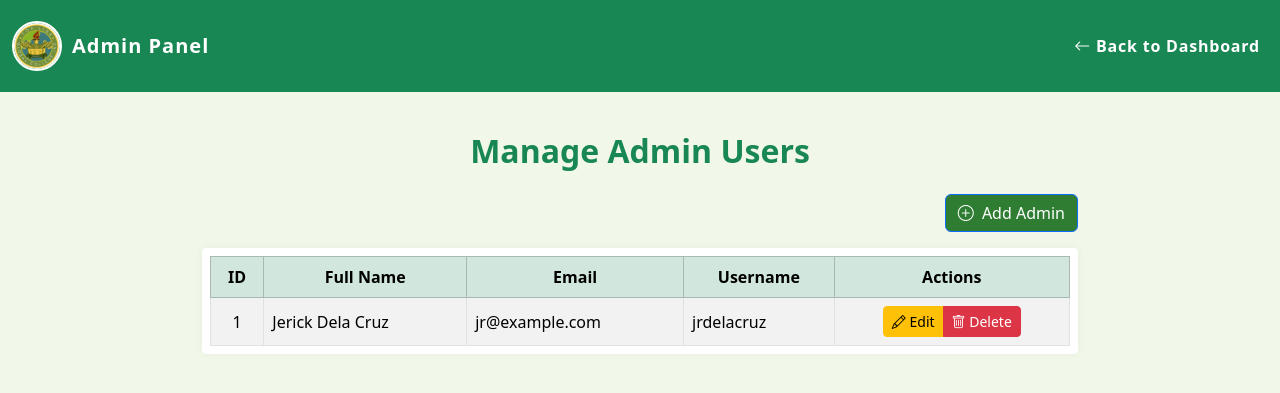
Repository: partymaker01/IT2C_Enrollment_System_SourceCode
Page: http://localhost/IT2C_Enrollment_System_SourceCode/ADMIN/User_Management/manage-admins-users.php
An editor plug-in stored every save of this project. The page is shown before and after the next save, followed by the edit.
The browser window is 1280 px wide. The pictures show the whole page.
The page is run by PHP 8.4 with error messages shown; the project is at /var/www/html/.

Above is the page before, as saved 2025-05-30 23:36:11.

### ADMIN/User_Management/manage-admins-users.php
<?php

$admins = [
  ['id' => 1, 'name' => 'Jerick Dela Cruz', 'email' => 'jr@example.com', 'username' => 'jrdelacruz']
];

if ($_SERVER['REQUEST_METHOD'] === 'POST') {
  $newAdmin = [
    'id' => count($admins) + 1,
    'name' => $_POST['fullName'],
    'email' => $_POST['email'],
    'username' => $_POST['username']
  ];
  $admins[] = $newAdmin;
}
?>
<!DOCTYPE html>
<html lang="en">
<head>
  <meta charset="UTF-8" />
  <title>Manage Admin Users</title>
  <meta name="viewport" content="width=device-width, initial-scale=1" />
  <link href="https://cdn.jsdelivr.net/npm/bootstrap@5.3.2/dist/css/bootstrap.min.css" rel="stylesheet" />
  <script src="https://cdn.jsdelivr.net/npm/bootstrap@5.3.2/dist/js/bootstrap.bundle.min.js"></script>
  <link rel="icon" href="favicon.ico" type="image/x-icon">
  <style>
    body {
      background-color: #f1f8e9;
    }
        .navbar {
      background-color: #2e7d32;
    }
    .navbar-brand, .nav-link {
      color: #fff !important;
      font-weight: 600;
      letter-spacing: 0.05em;
    }
    .nav-link:hover {
      color: #c8e6c9 !important;
    }
    .school-logo {
      width: 50px;
      height: 50px;
      object-fit: cover;
      border-radius: 50%;
      margin-right: 10px;
      border: 2px solid #fff;
    }
    .container {
      margin-top: 40px;
      max-width: 900px;
    }
    .modal-header, .btn-primary {
      background-color: #2e7d32;
      color: white;
    }
    .btn-primary:hover, .btn-warning:hover, .btn-danger:hover {
      filter: brightness(0.9);
      transition: filter 0.2s ease-in-out;
    }
    .table-responsive {
      box-shadow: 0 0 10px rgba(0,0,0,0.05);
      border-radius: 0.25rem;
      background: white;
      padding: 0.5rem;
    }
    @media (max-width: 576px) {
      .btn-sm {
        width: 100%;
        margin-bottom: 0.3rem;
      }
      .btn-group-sm > .btn {
        margin-bottom: 0.3rem;
      }
    }
  </style>
</head>
<body>
  <nav class="navbar navbar-expand-lg navbar-dark bg-success py-3">
  <div class="container-fluid">
    <a class="navbar-brand d-flex align-items-center" href="#">
      <img src="/IT2C_Enrollment_System_SourceCode/picture/tlgc_pic.jpg" alt="School Logo" class="school-logo">
      Admin Panel
    </a>
    <button class="navbar-toggler" type="button" data-bs-toggle="collapse" data-bs-target="#navbarNav" aria-controls="navbarNav" aria-expanded="false" aria-label="Toggle navigation">
      <span class="navbar-toggler-icon"></span>
      </button>
      <div class="collapse navbar-collapse" id="navbarNav">
        <ul class="navbar-nav ms-auto">
          <li class="nav-item"><a class="nav-link" href="/IT2C_Enrollment_System_SourceCode/ADMIN/admin-dashboard.php" class="btn btn-outline-secondary mb-3">
          <i class="bi bi-arrow-left"></i> Back to Dashboard
          </a>
      </ul>
      </div>
    </div>
  </nav>
  <div class="container">
    <h2 class="text-center mb-4 text-success fw-bold">
      Manage Admin Users
    </h2>
    <div class="d-flex justify-content-end mb-3">
      <button class="btn btn-primary" data-bs-toggle="modal" data-bs-target="#addAdminModal">
        <i class="bi bi-plus-circle me-1"></i>
        Add Admin
      </button>
    </div>

    <div class="table-responsive">
      <table class="table table-bordered table-striped align-middle mb-0">
        <thead class="table-success text-center">
          <tr>
            <th>
              ID
            </th>
            <th>
              Full Name
            </th>
            <th>
              Email
            </th>
            <th>
              Username
            </th>
            <th style="min-width:140px;">
              Actions
            </th>
          </tr>
        </thead>
        <tbody>
          <?php foreach ($admins as $admin): ?>
          <tr>
            <td class="text-center"><?= htmlspecialchars($admin['id']) ?></td>
            <td><?= htmlspecialchars($admin['name']) ?></td>
            <td><?= htmlspecialchars($admin['email']) ?></td>
            <td><?= htmlspecialchars($admin['username']) ?></td>
            <td class="text-center">
              <div class="btn-group btn-group-sm" role="group" aria-label="Admin Actions">
                <button class="btn btn-warning" title="Edit" onclick="editData(<?= $admin['id'] ?>)">
                  <i class="bi bi-pencil"></i> Edit
                </button>
                <button class="btn btn-danger" title="Delete" onclick="deleteData(<?= $admin['id'] ?>)">
                  <i class="bi bi-trash"></i> Delete
                </button>
              </div>
            </td>
          </tr>
          <?php endforeach; ?>
        </tbody>
      </table>
    </div>
  </div>


  <div class="modal fade" id="addAdminModal" tabindex="-1" aria-labelledby="addAdminModalLabel" aria-hidden="true">
    <div class="modal-dialog modal-dialog-centered modal-lg">
      <div class="modal-content">
        <div class="modal-header">
          <h5 class="modal-title" id="addAdminModalLabel">
            Add New Admin
          </h5>
          <button type="button" class="btn-close btn-close-white" data-bs-dismiss="modal" aria-label="Close"></button>
        </div>
        <div class="modal-body">
          <form method="POST" novalidate>
            <div class="mb-3">
              <label for="fullName" class="form-label">
                Full Name
              </label>
              <input
                type="text"
                class="form-control"
                id="fullName"
                name="fullName"
                placeholder="Enter full name"
                required
              />
              <div class="invalid-feedback">
                Please enter the full name.
              </div>
            </div>
            <div class="mb-3">
              <label for="email" class="form-label">
                Email
              </label>
              <input
                type="email"
                class="form-control"
                id="email"
                name="email"
                placeholder="Enter email address"
                required
              />
              <div class="invalid-feedback">
                Please enter a valid email address.
              </div>
            </div>
            <div class="mb-3">
              <label for="username" class="form-label">
                Username
              </label>
              <input
                type="text"
                class="form-control"
                id="username"
                name="username"
                placeholder="Enter username"
                required
              />
              <div class="invalid-feedback">
                Please enter a username.
              </div>
            </div>
            <div class="mb-3">
              <label for="password" class="form-label">
                Password
              </label>
              <input
                type="password"
                class="form-control"
                id="password"
                name="password"
                placeholder="Enter password"
                required
              />
              <div class="invalid-feedback">
                Please enter a password.
              </div>
            </div>
            <button type="submit" class="btn btn-primary w-100">
              Save Admin
            </button>
          </form>
        </div>
      </div>
    </div>
  </div>

  <script>
    function editData(id) {
    window.location.href = 'edit.php?id=' + id;
  }

  function deleteData(id) {
    if (confirm('Are you sure you want to delete this record?')) {
      window.location.href = 'delete.php?id=' + id;
    }
  }
    (() => {
      'use strict';
      const forms = document.querySelectorAll('form');

      Array.from(forms).forEach(form => {
        form.addEventListener('submit', event => {
          if (!form.checkValidity()) {
            event.preventDefault();
            event.stopPropagation();
          }
          form.classList.add('was-validated');
        }, false);
      });
    })();
  </script>

  <link
    rel="stylesheet"
    href="https://cdn.jsdelivr.net/npm/bootstrap-icons@1.10.5/font/bootstrap-icons.css"
  />
</body>
</html>

After the next save:
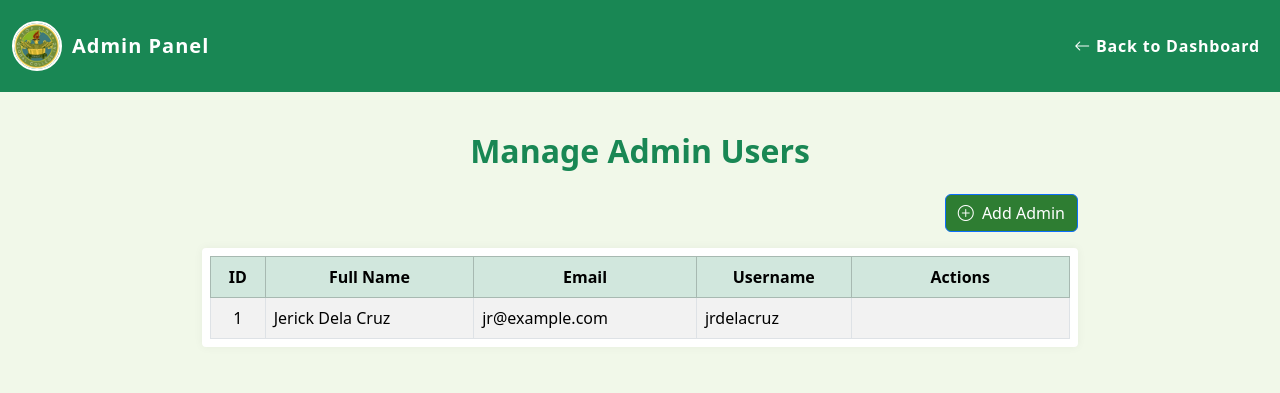
Saved 4 min 9 s later.
--- a/ADMIN/User_Management/manage-admins-users.php
+++ b/ADMIN/User_Management/manage-admins-users.php
@@ -134,13 +134,54 @@
             <td><?= htmlspecialchars($admin['email']) ?></td>
             <td><?= htmlspecialchars($admin['username']) ?></td>
             <td class="text-center">
-              <div class="btn-group btn-group-sm" role="group" aria-label="Admin Actions">
-                <button class="btn btn-warning" title="Edit" onclick="editData(<?= $admin['id'] ?>)">
-                  <i class="bi bi-pencil"></i> Edit
-                </button>
-                <button class="btn btn-danger" title="Delete" onclick="deleteData(<?= $admin['id'] ?>)">
-                  <i class="bi bi-trash"></i> Delete
-                </button>
+              <div class="modal fade" id="editAdminModal" tabindex="-1" aria-labelledby="editAdminModalLabel" aria-hidden="true">
+  <div class="modal-dialog modal-dialog-centered modal-lg">
+    <div class="modal-content">
+      <div class="modal-header bg-warning">
+        <h5 class="modal-title text-white" id="editAdminModalLabel">Edit Admin</h5>
+        <button type="button" class="btn-close btn-close-white" data-bs-dismiss="modal" aria-label="Close"></button>
+      </div>
+      <div class="modal-body">
+        <form id="editForm" method="POST" action="edit.php">
+          <input type="hidden" id="editId" name="id">
+          <div class="mb-3">
+            <label for="editFullName" class="form-label">Full Name</label>
+            <input type="text" class="form-control" id="editFullName" name="fullName" required>
+          </div>
+          <div class="mb-3">
+            <label for="editEmail" class="form-label">Email</label>
+            <input type="email" class="form-control" id="editEmail" name="email" required>
+          </div>
+          <div class="mb-3">
+            <label for="editUsername" class="form-label">Username</label>
+            <input type="text" class="form-control" id="editUsername" name="username" required>
+          </div>
+          <button type="submit" class="btn btn-warning w-100">Update Admin</button>
+        </form>
+      </div>
+    </div>
+  </div>
+</div>
+                <div class="modal fade" id="deleteAdminModal" tabindex="-1" aria-labelledby="deleteAdminModalLabel" aria-hidden="true">
+  <div class="modal-dialog modal-dialog-centered">
+    <div class="modal-content">
+      <div class="modal-header bg-danger text-white">
+        <h5 class="modal-title" id="deleteAdminModalLabel">Confirm Delete</h5>
+        <button type="button" class="btn-close btn-close-white" data-bs-dismiss="modal" aria-label="Close"></button>
+      </div>
+      <div class="modal-body">
+        Are you sure you want to delete this admin?
+      </div>
+      <div class="modal-footer">
+        <form id="deleteForm" method="POST" action="delete.php">
+          <input type="hidden" id="deleteId" name="id">
+          <button type="button" class="btn btn-secondary" data-bs-dismiss="modal">Cancel</button>
+          <button type="submit" class="btn btn-danger">Yes, Delete</button>
+        </form>
+      </div>
+    </div>
+  </div>
+</div>
               </div>
             </td>
           </tr>

After the 2 saves that followed:
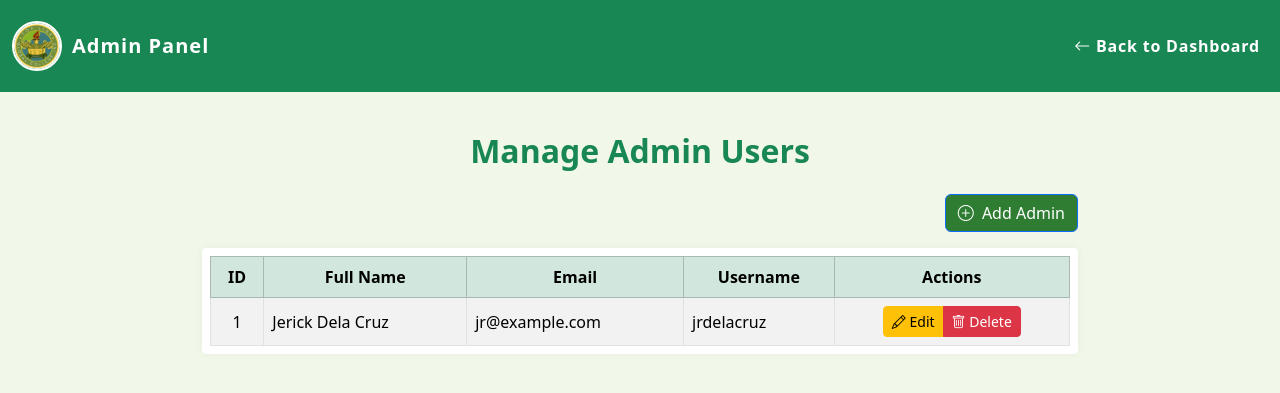
The 2 saves are shown as one change because 1 left the picture as it was.
The last was saved 80 s later.
--- a/ADMIN/User_Management/manage-admins-users.php
+++ b/ADMIN/User_Management/manage-admins-users.php
@@ -134,56 +134,15 @@
             <td><?= htmlspecialchars($admin['email']) ?></td>
             <td><?= htmlspecialchars($admin['username']) ?></td>
             <td class="text-center">
-              <div class="modal fade" id="editAdminModal" tabindex="-1" aria-labelledby="editAdminModalLabel" aria-hidden="true">
-  <div class="modal-dialog modal-dialog-centered modal-lg">
-    <div class="modal-content">
-      <div class="modal-header bg-warning">
-        <h5 class="modal-title text-white" id="editAdminModalLabel">Edit Admin</h5>
-        <button type="button" class="btn-close btn-close-white" data-bs-dismiss="modal" aria-label="Close"></button>
-      </div>
-      <div class="modal-body">
-        <form id="editForm" method="POST" action="edit.php">
-          <input type="hidden" id="editId" name="id">
-          <div class="mb-3">
-            <label for="editFullName" class="form-label">Full Name</label>
-            <input type="text" class="form-control" id="editFullName" name="fullName" required>
-          </div>
-          <div class="mb-3">
-            <label for="editEmail" class="form-label">Email</label>
-            <input type="email" class="form-control" id="editEmail" name="email" required>
-          </div>
-          <div class="mb-3">
-            <label for="editUsername" class="form-label">Username</label>
-            <input type="text" class="form-control" id="editUsername" name="username" required>
-          </div>
-          <button type="submit" class="btn btn-warning w-100">Update Admin</button>
-        </form>
-      </div>
-    </div>
-  </div>
-</div>
-                <div class="modal fade" id="deleteAdminModal" tabindex="-1" aria-labelledby="deleteAdminModalLabel" aria-hidden="true">
-  <div class="modal-dialog modal-dialog-centered">
-    <div class="modal-content">
-      <div class="modal-header bg-danger text-white">
-        <h5 class="modal-title" id="deleteAdminModalLabel">Confirm Delete</h5>
-        <button type="button" class="btn-close btn-close-white" data-bs-dismiss="modal" aria-label="Close"></button>
-      </div>
-      <div class="modal-body">
-        Are you sure you want to delete this admin?
-      </div>
-      <div class="modal-footer">
-        <form id="deleteForm" method="POST" action="delete.php">
-          <input type="hidden" id="deleteId" name="id">
-          <button type="button" class="btn btn-secondary" data-bs-dismiss="modal">Cancel</button>
-          <button type="submit" class="btn btn-danger">Yes, Delete</button>
-        </form>
-      </div>
-    </div>
-  </div>
-</div>
-              </div>
-            </td>
+            <div class="btn-group btn-group-sm" role="group" aria-label="Admin Actions">
+              <button class="btn btn-warning" title="Edit" onclick="editData(<?= $admin['id'] ?>)">
+                <i class="bi bi-pencil"></i> Edit
+              </button>
+              <button class="btn btn-danger" title="Delete" onclick="deleteData(<?= $admin['id'] ?>)">
+                <i class="bi bi-trash"></i> Delete
+              </button>
+            </div>
+          </td>
           </tr>
           <?php endforeach; ?>
         </tbody>
